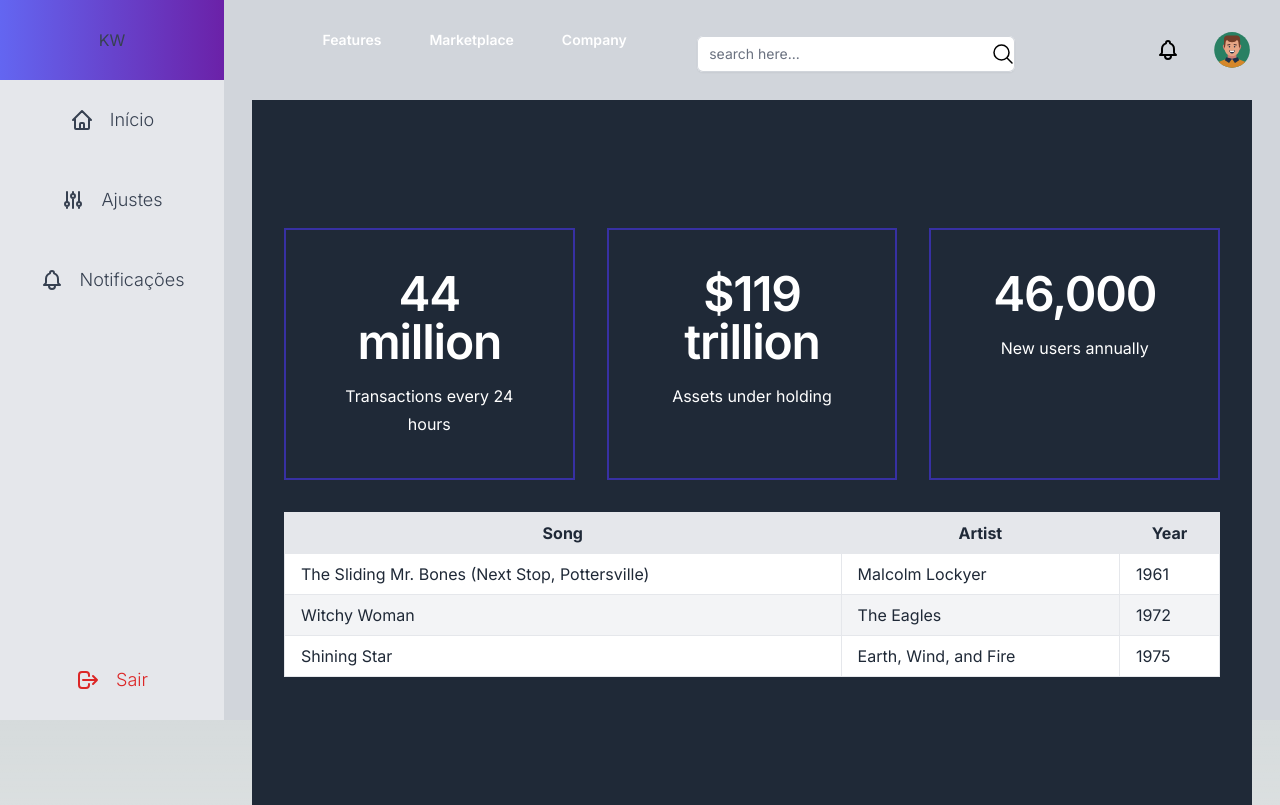
Repository: KennedyWanderson/AdminDashboard
Page: / (app in Code/admindashboard/)
An editor plug-in stored every save of this project. The page is shown before and after the next save, followed by the edit.
The browser window is 1280 px wide. The pictures show the whole page.
The project was rebuilt for these pictures with package versions that can differ from the ones it lists, and the page was loaded fresh each time. The framework's server and built-in components were replaced by stand-ins that run in the browser. Also part of the build but not shown: Code/admindashboard/next.config.mjs.

Above is the page before, as saved 2024-06-23 15:51:54.

After the next save:
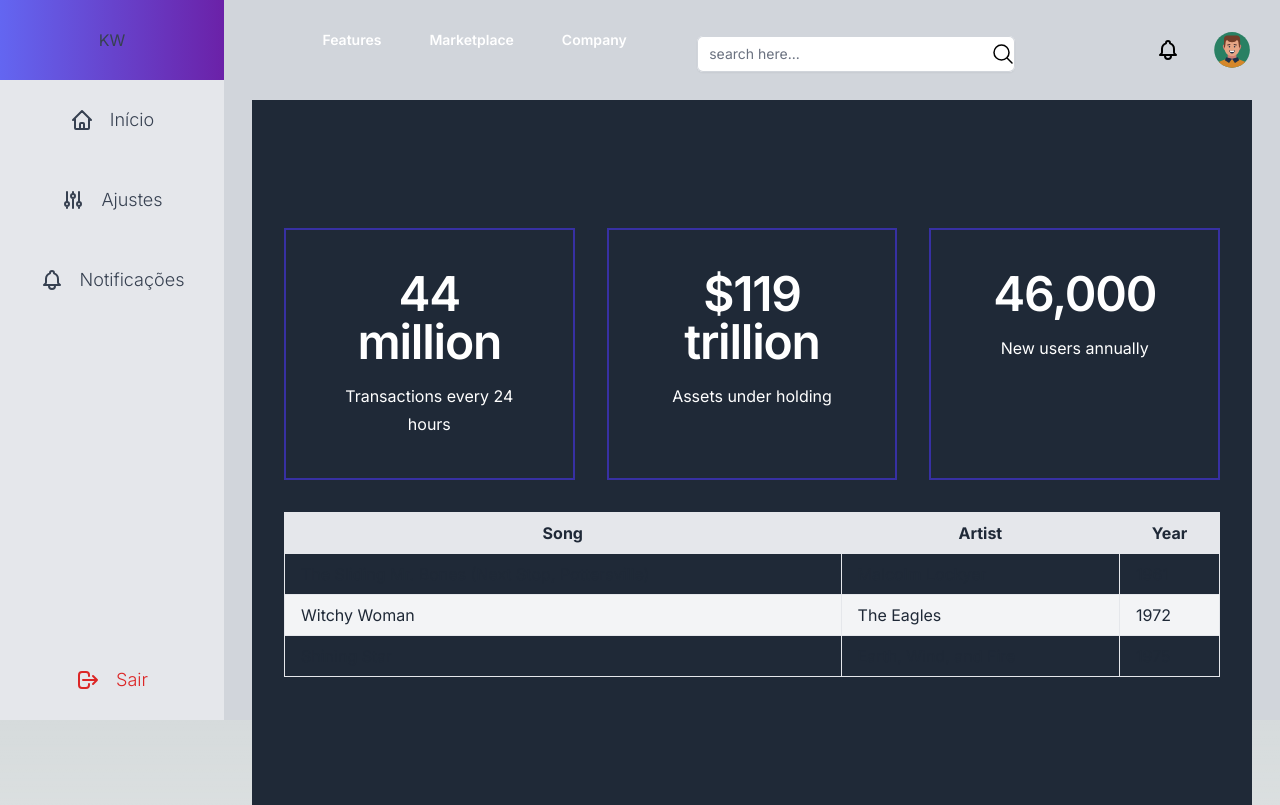
Saved 51 s later.
--- a/Code/admindashboard/src/components/Home.jsx
+++ b/Code/admindashboard/src/components/Home.jsx
@@ -17,7 +17,7 @@ export default function HomePage() {
                     </div>
                 </dl>
 
-                <table className="table-auto w-full mt-8 bg-white text-gray-800">
+                <table className="table-auto w-full mt-8  text-gray-800">
                     <thead>
                         <tr className="bg-gray-200">
                             <th className="px-4 py-2 border">Song</th>
